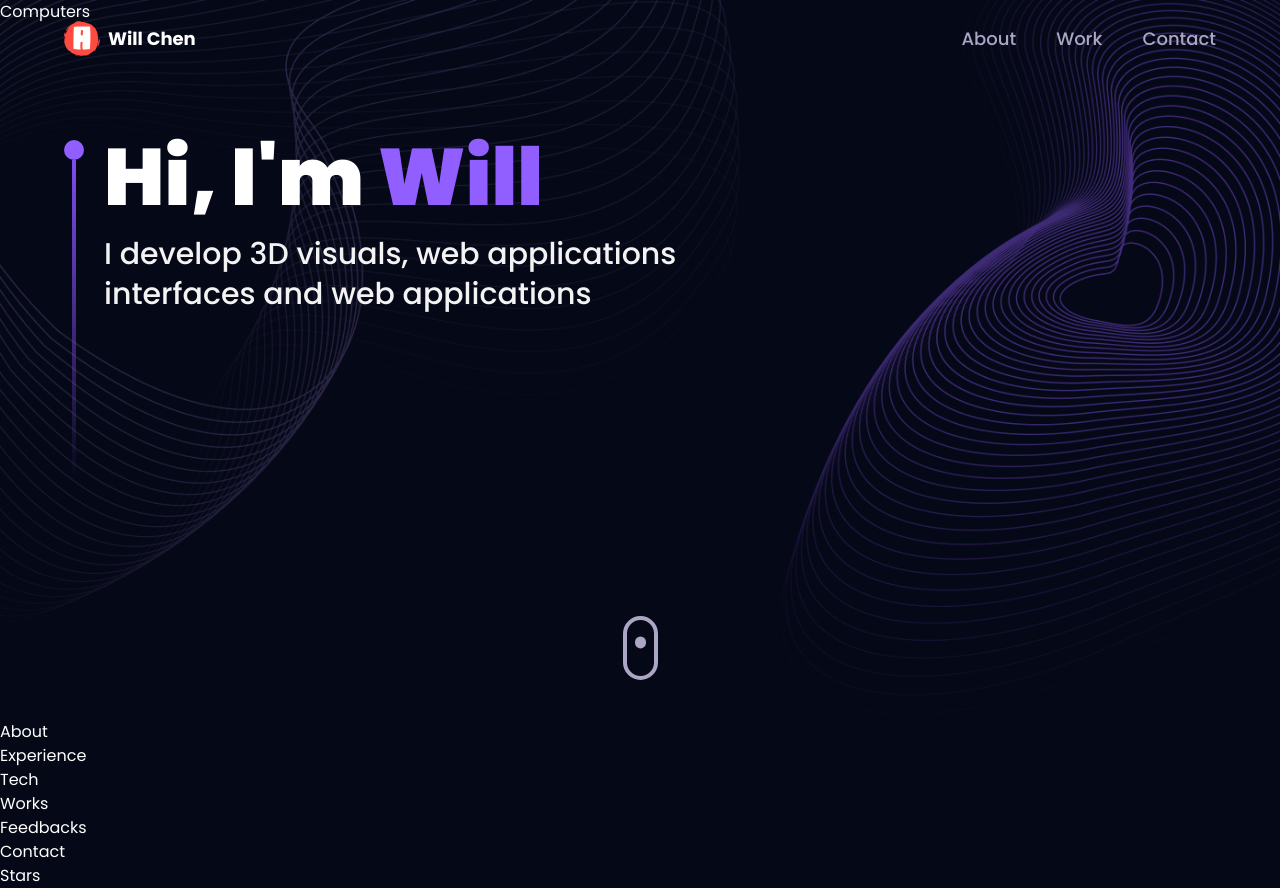
Repository: smallchungus/updatedPersonalWebsite
Page: /
The author's editor kept a copy of each file at every save. The page is drawn from the files as they stood at one save, then again after a run of saves.
The browser window is 1280 px wide. The pictures show the whole page.
The project was rebuilt for these pictures with package versions that can differ from the ones it lists, and the page was loaded fresh each time. Also part of the build but not shown: vite.config.js, src/components/canvas/Earth.jsx, src/components/canvas/Ball.jsx.

Above is the page before, as saved 2023-11-26 12:13:52.

After the next 2 saves:
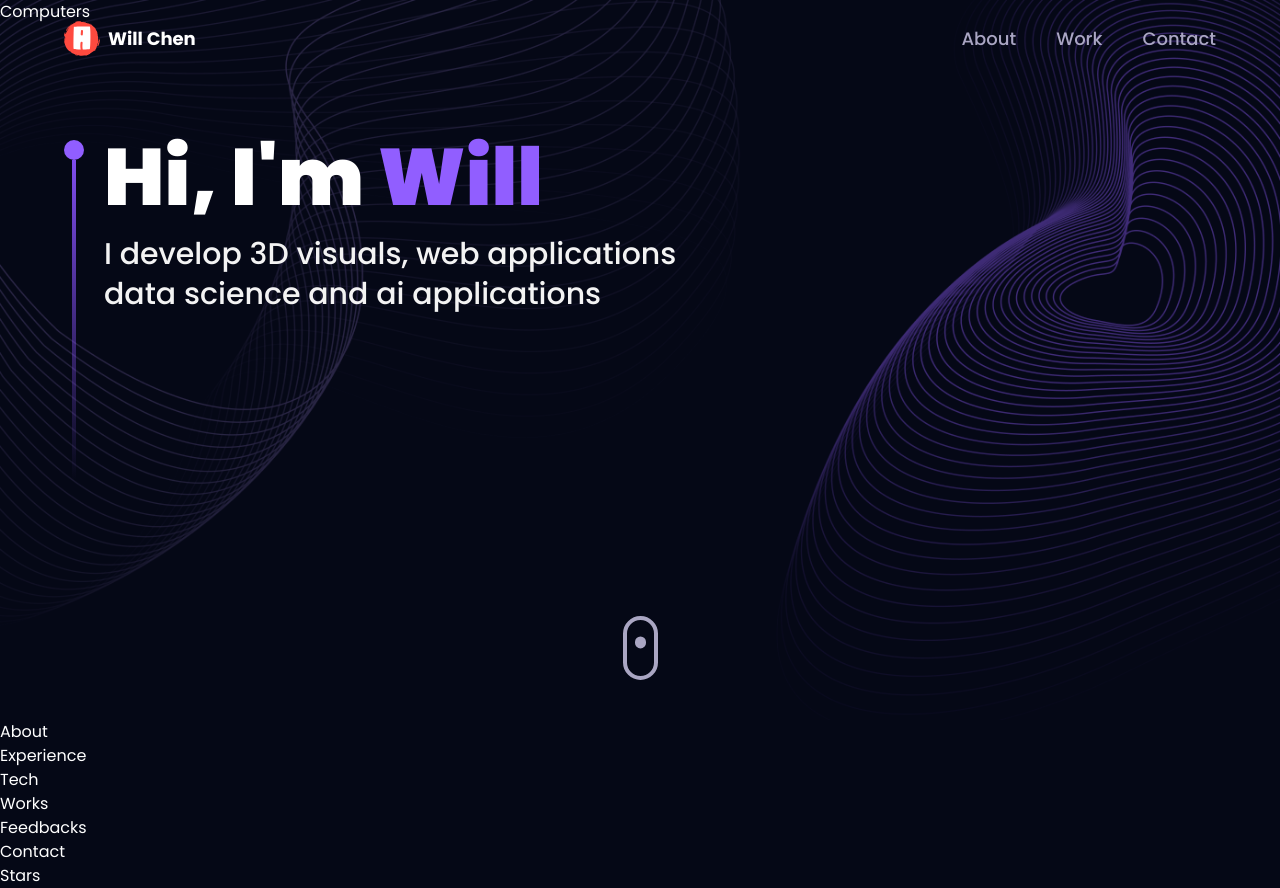
The 2 saves are shown as one change because they came seconds apart.
The last was saved 11 s later.
--- a/src/components/Hero.jsx
+++ b/src/components/Hero.jsx
@@ -20,7 +20,7 @@ const Hero = () => {
           </h1>
           <p className={`${styles.heroSubText} mt-2 text-white-100`}>
             I develop 3D visuals, web applications <br className='sm:block hidden' />
-            interfaces and web applications
+            data science and ai applications
           </p>
         </div>
       </div>
